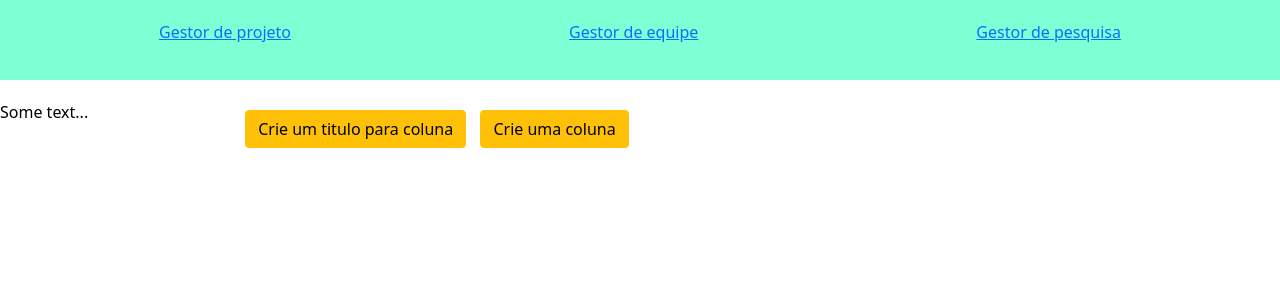
Repository: shadowruge/kanban
Page: index.html
The author's editor kept a copy of each file at every save. The page is drawn from the files as they stood at one save, then again after a run of saves.
The browser window is 1280 px wide. The pictures show the whole page.

Above is the page before, as saved 2021-06-12 21:11:59.

### index.html
<!DOCTYPE html>
<html lang="en">
  <head>
    <meta charset="UTF-8" />
    <meta http-equiv="X-UA-Compatible" content="IE=edge" />
    <meta name="viewport" content="width=device-width, initial-scale=1.0" />
    <script src="https://cdn.jsdelivr.net/npm/@popperjs/core@2.9.2/dist/umd/popper.min.js" integrity="sha384-IQsoLXl5PILFhosVNubq5LC7Qb9DXgDA9i+tQ8Zj3iwWAwPtgFTxbJ8NT4GN1R8p" crossorigin="anonymous"></script>
<script src="https://cdn.jsdelivr.net/npm/bootstrap@5.0.1/dist/js/bootstrap.min.js" integrity="sha384-Atwg2Pkwv9vp0ygtn1JAojH0nYbwNJLPhwyoVbhoPwBhjQPR5VtM2+xf0Uwh9KtT" crossorigin="anonymous"></script>

    <script src="https://cdn.jsdelivr.net/npm/bootstrap@5.0.1/dist/js/bootstrap.bundle.min.js" integrity="sha384-gtEjrD/SeCtmISkJkNUaaKMoLD0//ElJ19smozuHV6z3Iehds+3Ulb9Bn9Plx0x4" crossorigin="anonymous"></script>
    <link href="https://cdn.jsdelivr.net/npm/bootstrap@5.0.1/dist/css/bootstrap.min.css" rel="stylesheet" integrity="sha384-+0n0xVW2eSR5OomGNYDnhzAbDsOXxcvSN1TPprVMTNDbiYZCxYbOOl7+AMvyTG2x" crossorigin="anonymous">
    <link rel="stylesheet" href="style.css" />

    <title id="Description">Shadow Kanban</title>
  </head>
  <header>
    <nav class="nav">
      <p><a href="#">Gestor de projeto</a></p>
      <p><a href="#">Gestor de equipe</a></p>
      <p><a href="#">Gestor de pesquisa</a></p>

    </nav>
  </header>
  <body>

    <!--botão-->
    <input type="text" id="myText" value="Some text...">

    <button type="button" class="btn btn-warning" onclick="colunFunction()">Crie um titulo para coluna</button>
    <button type="button" class="btn btn-warning" onclick="textareaFunction()">Crie uma coluna</button>

   <br /><br /><br /><br />
    <div class="Linha" style="width:600px;">
    <!-- RECEBE DIVS DINAMICAS -->
    </div>

  </body>
  <script>
    function textareaFunction() {
      var x = document.createElement("textarea");
      var t = document.createTextNode("");
      x.appendChild(t);
      document.body.appendChild(x);
    }
  </script>
</html>

### style.css
/* setando html */
* {

  margin: 0;
  padding: 0;
  border: 0;

}

/* nav confi fora da tag body */

.nav {

  background-color:aquamarine;
  padding: 20px;
  flex-wrap: wrap;
  display: flex;
  justify-content: space-around;

}

  button {

    bootstrap:warning;
    color: white;
    background-color: brown;
    margin-top: 30px;
    margin-left: 10px;

  }

  .textarea{
    border:dotted;

  }

After the next 2 saves:
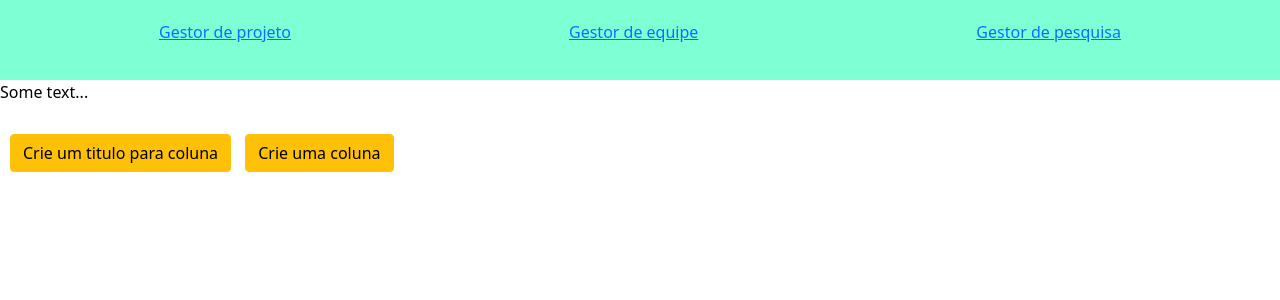
The 2 saves are shown as one change because they came seconds apart.
The last was saved 12 s later.
--- a/index.html
+++ b/index.html
@@ -24,7 +24,7 @@
   <body>
 
     <!--botão-->
-    <input type="text" id="myText" value="Some text...">
+    <input type="text" id="myText" value="Some text..."><br>
 
     <button type="button" class="btn btn-warning" onclick="colunFunction()">Crie um titulo para coluna</button>
     <button type="button" class="btn btn-warning" onclick="textareaFunction()">Crie uma coluna</button>
